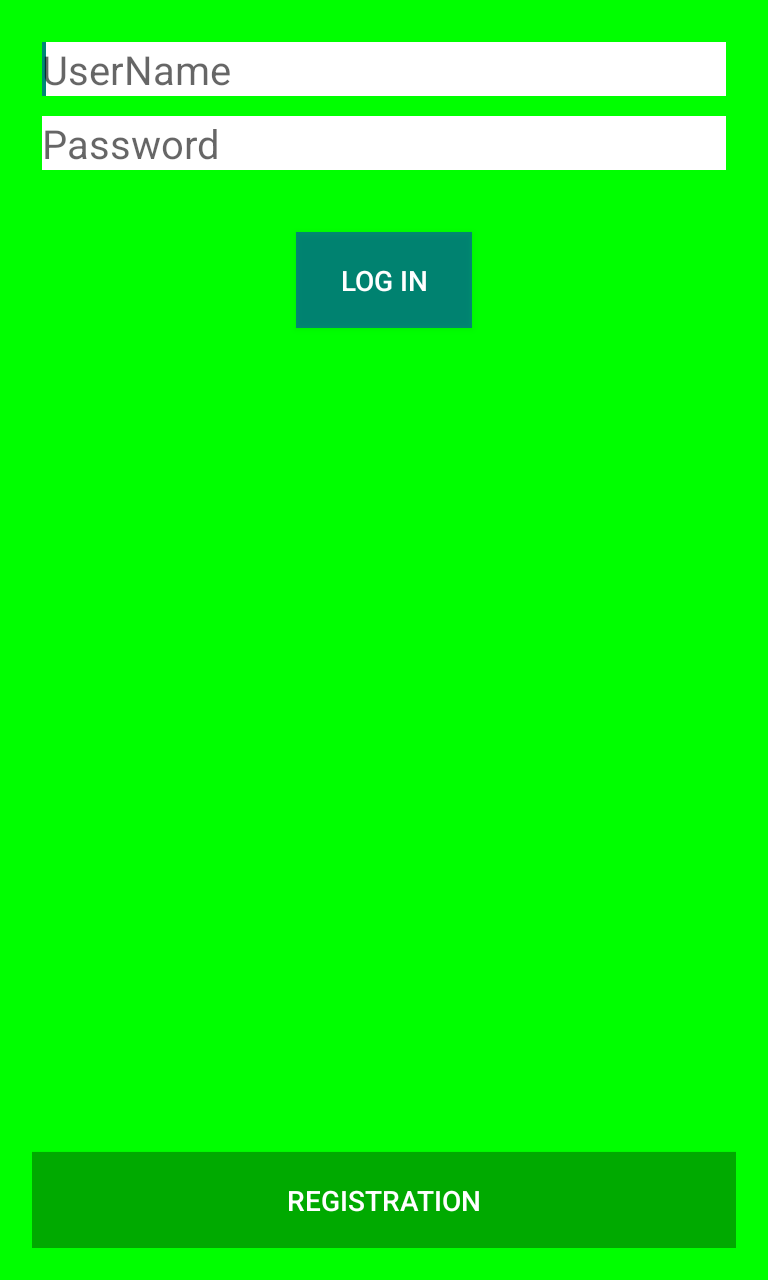
Repository: HarithaAmmuHari/Database
Layout: Database/res/layout/activity_login.xml
An editor plug-in stored every save of this project. The layout is shown before and after the next save, followed by the edit.
It is drawn on a 768 x 1280 px phone screen (xhdpi) without system bars, with theme AppTheme; the app's code is not run.

Above is the layout before, as saved 2015-05-12 05:50:29.

After the next save:
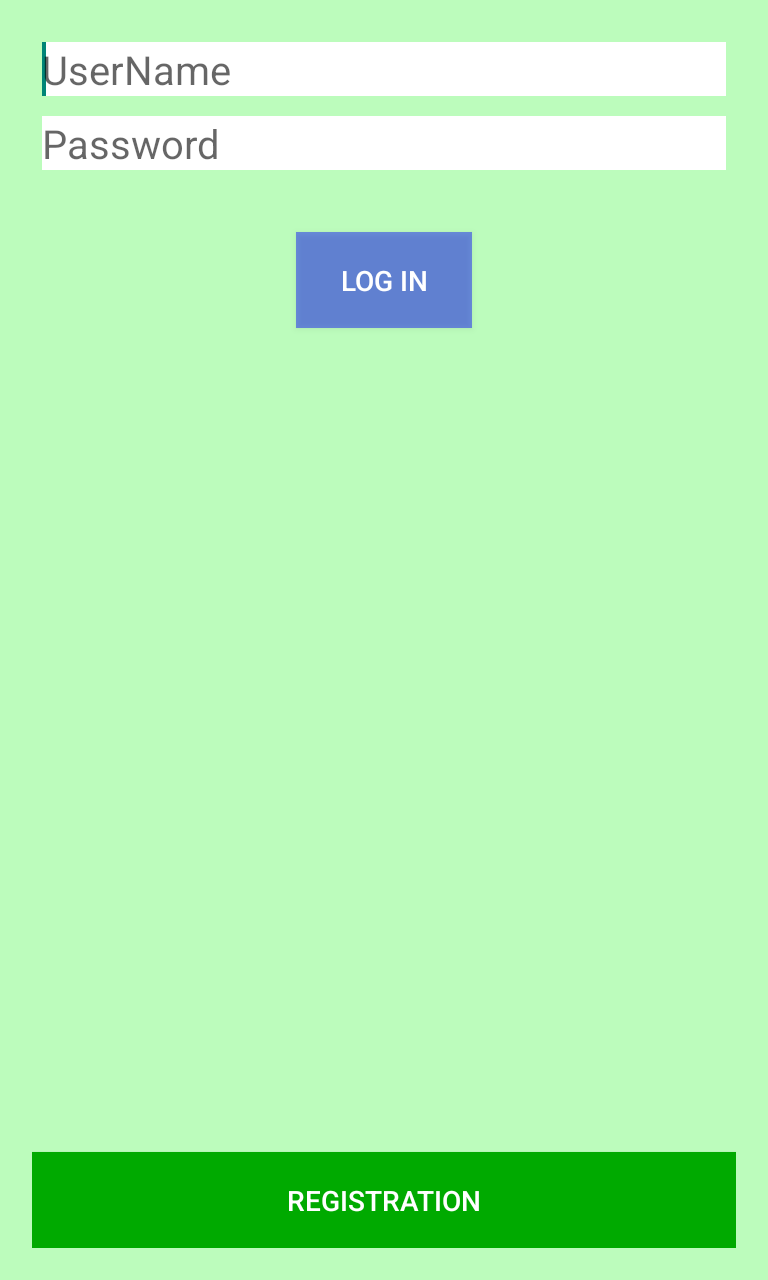
Saved 11 s later.
--- a/Database/res/layout/activity_login.xml
+++ b/Database/res/layout/activity_login.xml
@@ -7,7 +7,7 @@
     android:paddingRight="@dimen/activity_horizontal_margin"
     android:paddingTop="@dimen/activity_vertical_margin"
     tools:context="com.example.database.LoginActivity"
-    android:background="#00ff00">
+    android:background="#4000ff00">
 
     <EditText
         android:id="@+id/editUser"
